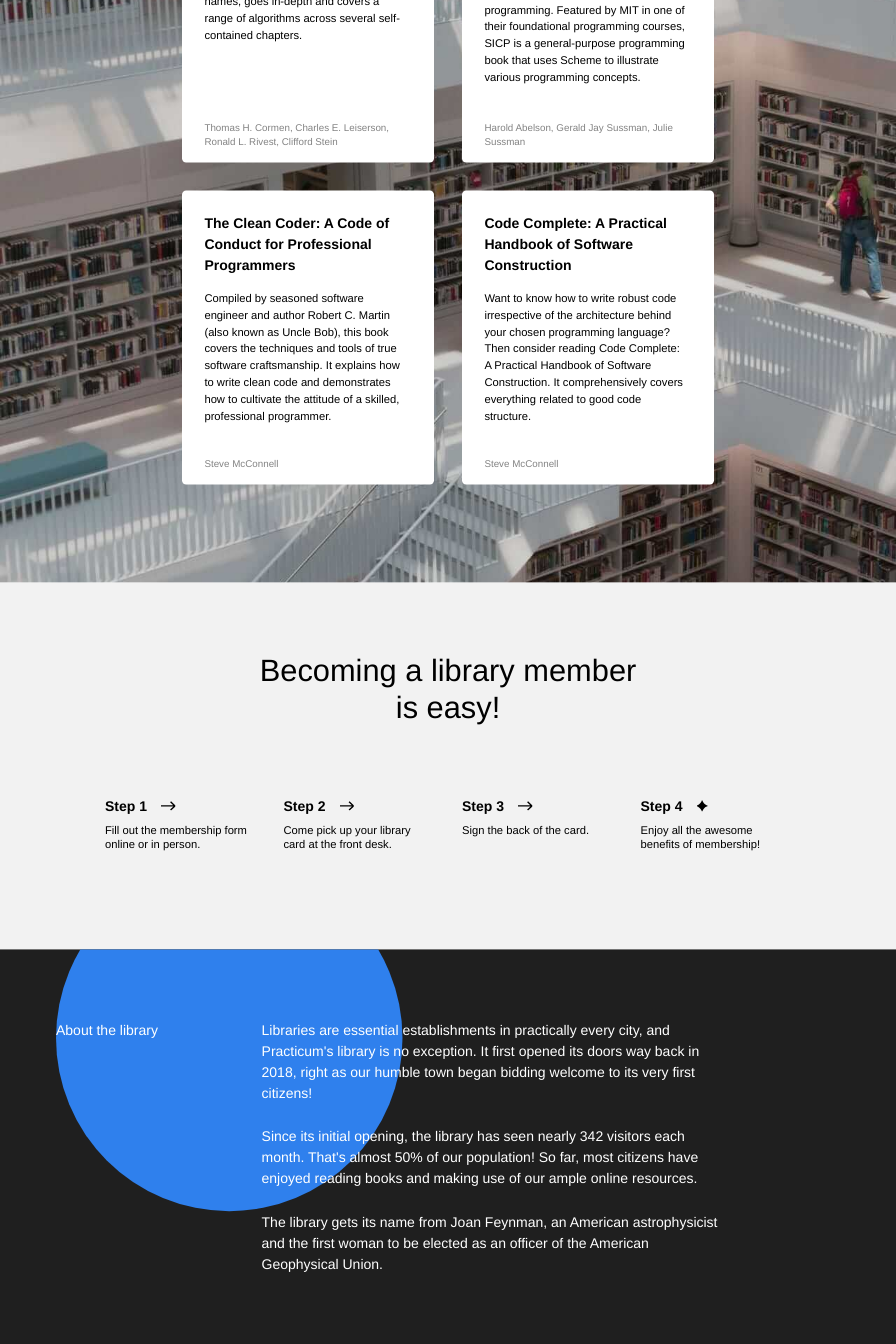
Repository: MWilliams-26/se_project_library
Page: index.html
The author's editor kept a copy of each file at every save. The page is drawn from the files as they stood at one save, then again after the next save.
The browser window is 1280 px wide. The pictures show the part of the page from y = 2006 to 3926 px (the page is 3926 px tall), at 70% of full size.

Above is the page before, as saved 2023-04-04 12:29:52.

After the next save:
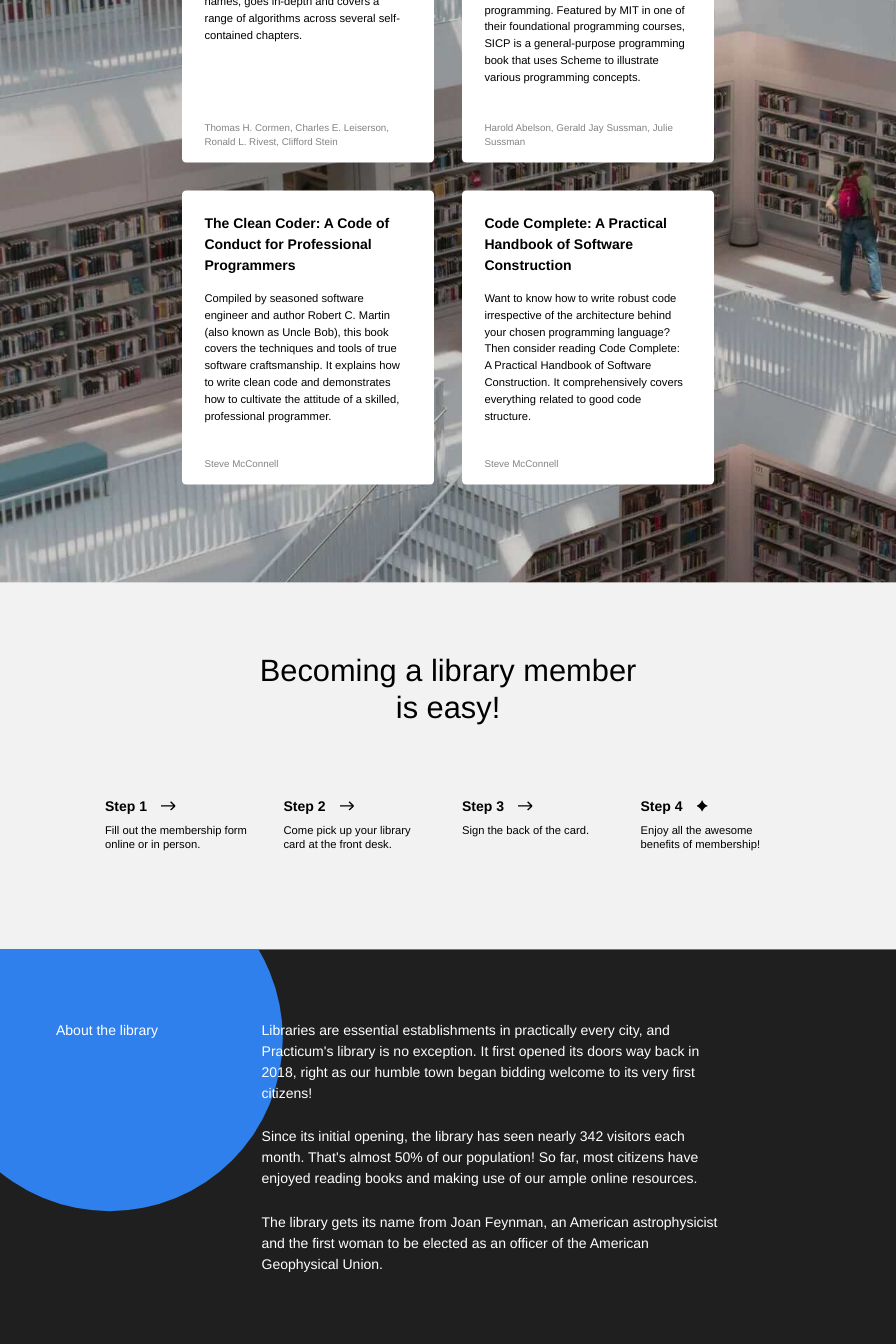
Saved 15 s later.
--- a/styles/style.css
+++ b/styles/style.css
@@ -396,6 +396,7 @@
   border-radius: 50%;
   position: absolute;
   top: -121px;
+  left: -91px;
   z-index: -1;
 }
 
